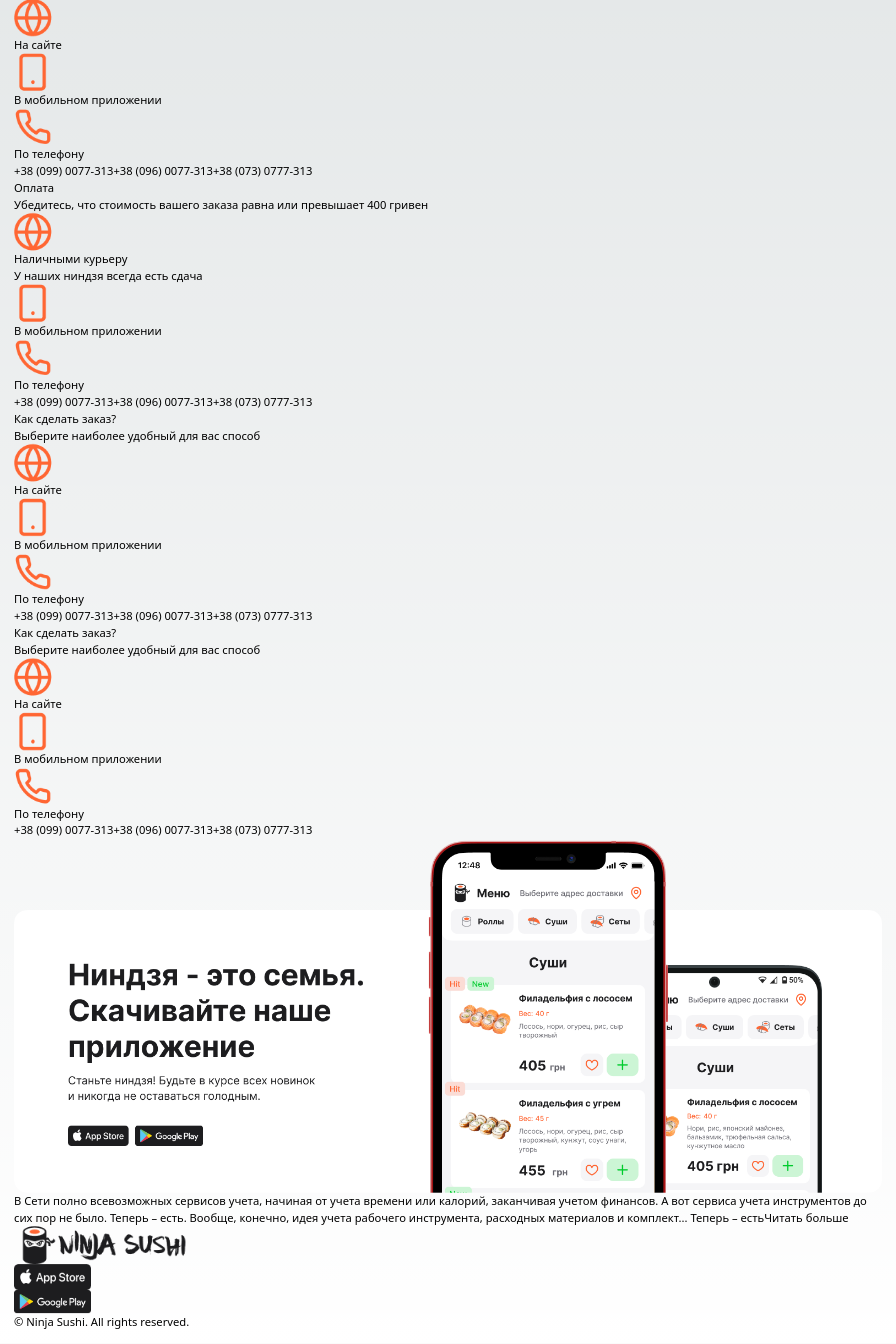
Repository: shokirovG/loyiha
Page: /Delivery
The author's editor kept a copy of each file at every save. The page is drawn from the files as they stood at one save, then again after the next save.
The browser window is 1280 px wide. The pictures show the part of the page from y = 1127 to 3047 px (the page is 3047 px tall), at 70% of full size.
The project was rebuilt for these pictures with package versions that can differ from the ones it lists, and the page was loaded fresh each time. The framework's server and built-in components were replaced by stand-ins that run in the browser. Also part of the build but not shown: next.config.js, Components/Categories.jsx, Components/Slider.jsx, Components/OpenNav.jsx.

Above is the page before, as saved 2023-07-01 08:07:01.

### pages/Delivery.jsx
import { Header } from "@/Components";
import DeliveryCards from "@/Components/DeliveryCards";
import Footer from "@/Components/Footer";
import Map from "@/Components/Map";
import React from "react";

const delivery = () => {
  return (
    <div className="container p-5">
      <Header />
      <Map />
      <DeliveryCards />
      <Footer />
    </div>
  );
};

export default delivery;

### Components/index.js
export { default as Header } from "./Header";
export { default as Burger } from "./Burger";
export { default as Categories } from "./Categories";
export { default as Slider } from "./Slider";
export { default as OpenNav } from "./OpenNav";

### Components/DeliveryCards.jsx
import Image from "next/image";
import React from "react";

const DeliveryCards = () => {
  return (
    <div className="w-[1044px] gap-[100px] flex flex-col justify-center items-center border-[5px] h-[2020px] mt-20 m-auto">
      <div className="card_items flex items-start flex-col w-[100%] h-[412px] border-[2px]">
        <h1 className="ml-10 text-[38px] text-[#1D1D1F] font-[700]">
          Как сделать заказ?
        </h1>
        <p className="ml-10 text-[#686870] text-[16px] font-[400]">
          Выберите наиболее удобный для вас способ
        </p>
        <div className="flex w-[100%] justify-center gap-[20px] items-center mt-5">
          <div className="w-[304px] h-[292px] bg-white rounded-[12px] flex flex-col items-center justify-center">
            <Image src={"/imgs/glob.png"} width={54} height={54} />
            <h2 className="text-[#1D1D1F] text-[20px] font-[500] mt-1">
              На сайте
            </h2>
          </div>
          <div className="w-[304px] h-[292px] bg-white rounded-[12px] flex flex-col items-center justify-center">
            <Image src={"/imgs/telNew.png"} width={54} height={54} />
            <h2 className="text-[#1D1D1F] text-[20px] font-[500] mt-1">
              В мобильном приложении
            </h2>
          </div>
          <div className="w-[304px] h-[292px] bg-white rounded-[12px] flex flex-col items-center justify-center">
            <Image src={"/imgs/telcha.png"} width={54} height={54} />
            <h2 className="text-[#1D1D1F] text-[20px] font-[500] mt-1">
              По телефону
            </h2>
            <span className="mt-1 flex items-center justify-center w-[175px] h-[34px] bg-[#F5F5F7] rounded-[24px]">
              +38 (099) 0077-313
            </span>
            <span className="mt-1 flex items-center justify-center w-[175px] h-[34px] bg-[#F5F5F7] rounded-[24px]">
              +38 (096) 0077-313
            </span>
            <span className="mt-1 flex items-center justify-center w-[175px] h-[34px] bg-[#F5F5F7] rounded-[24px]">
              +38 (073) 0777-313
            </span>
          </div>
        </div>
      </div>
      <div className="card_items flex items-start flex-col w-[100%] h-[412px] border-[2px]">
        <h1 className="ml-10 text-[38px] text-[#1D1D1F] font-[700]">Оплата</h1>
        <p className="ml-10 text-[#686870] text-[16px] font-[400]">
          Убедитесь, что стоимость вашего заказа равна или превышает 400 гривен
        </p>
        <div className="flex w-[100%] justify-center gap-[20px] items-center mt-5">
          <div className="w-[304px] h-[292px] bg-white rounded-[12px] flex flex-col items-center justify-center">
            <Image src={"/imgs/glob.png"} width={54} height={54} />
            <h2 className="text-center text-[#1D1D1F] text-[20px] font-[500] mt-1">
              Наличными курьеру
            </h2>
            <p className="ml-10 text-[#686870] text-[16px] font-[400]">
              У наших ниндзя всегда есть сдача
            </p>
          </div>
          <div className="w-[304px] h-[292px] bg-white rounded-[12px] flex flex-col items-center justify-center">
            <Image src={"/imgs/telNew.png"} width={54} height={54} />
            <h2 className="text-[#1D1D1F] text-[20px] font-[500] mt-1">
              В мобильном приложении
            </h2>
          </div>
          <div className="w-[304px] h-[292px] bg-white rounded-[12px] flex flex-col items-center justify-center">
            <Image src={"/imgs/telcha.png"} width={54} height={54} />
            <h2 className="text-[#1D1D1F] text-[20px] font-[500] mt-1">
              По телефону
            </h2>
            <span className="mt-1 flex items-center justify-center w-[175px] h-[34px] bg-[#F5F5F7] rounded-[24px]">
              +38 (099) 0077-313
            </span>
            <span className="mt-1 flex items-center justify-center w-[175px] h-[34px] bg-[#F5F5F7] rounded-[24px]">
              +38 (096) 0077-313
            </span>
            <span className="mt-1 flex items-center justify-center w-[175px] h-[34px] bg-[#F5F5F7] rounded-[24px]">
              +38 (073) 0777-313
            </span>
          </div>
        </div>
      </div>
      <div className="card_items flex items-start flex-col w-[100%] h-[412px] border-[2px]">
        <h1 className="ml-10 text-[38px] text-[#1D1D1F] font-[700]">
          Как сделать заказ?
        </h1>
        <p className="ml-10 text-[#686870] text-[16px] font-[400]">
          Выберите наиболее удобный для вас способ
        </p>
        <div className="flex w-[100%] justify-center gap-[20px] items-center mt-5">
          <div className="w-[304px] h-[292px] bg-white rounded-[12px] flex flex-col items-center justify-center">
            <Image src={"/imgs/glob.png"} width={54} height={54} />
            <h2 className="text-[#1D1D1F] text-[20px] font-[500] mt-1">
              На сайте
            </h2>
          </div>
          <div className="w-[304px] h-[292px] bg-white rounded-[12px] flex flex-col items-center justify-center">
            <Image src={"/imgs/telNew.png"} width={54} height={54} />
            <h2 className="text-[#1D1D1F] text-[20px] font-[500] mt-1">
              В мобильном приложении
            </h2>
          </div>
          <div className="w-[304px] h-[292px] bg-white rounded-[12px] flex flex-col items-center justify-center">
            <Image src={"/imgs/telcha.png"} width={54} height={54} />
            <h2 className="text-[#1D1D1F] text-[20px] font-[500] mt-1">
              По телефону
            </h2>
            <span className="mt-1 flex items-center justify-center w-[175px] h-[34px] bg-[#F5F5F7] rounded-[24px]">
              +38 (099) 0077-313
            </span>
            <span className="mt-1 flex items-center justify-center w-[175px] h-[34px] bg-[#F5F5F7] rounded-[24px]">
              +38 (096) 0077-313
            </span>
            <span className="mt-1 flex items-center justify-center w-[175px] h-[34px] bg-[#F5F5F7] rounded-[24px]">
              +38 (073) 0777-313
            </span>
          </div>
        </div>
      </div>
      <div className="card_items flex items-start flex-col w-[100%] h-[412px] border-[2px]">
        <h1 className="ml-10 text-[38px] text-[#1D1D1F] font-[700]">
          Как сделать заказ?
        </h1>
        <p className="ml-10 text-[#686870] text-[16px] font-[400]">
          Выберите наиболее удобный для вас способ
        </p>
        <div className="flex w-[100%] justify-center gap-[20px] items-center mt-5">
          <div className="w-[304px] h-[292px] bg-white rounded-[12px] flex flex-col items-center justify-center">
            <Image src={"/imgs/glob.png"} width={54} height={54} />
            <h2 className="text-[#1D1D1F] text-[20px] font-[500] mt-1">
              На сайте
            </h2>
          </div>
          <div className="w-[304px] h-[292px] bg-white rounded-[12px] flex flex-col items-center justify-center">
            <Image src={"/imgs/telNew.png"} width={54} height={54} />
            <h2 className="text-[#1D1D1F] text-[20px] font-[500] mt-1">
              В мобильном приложении
            </h2>
          </div>
          <div className="w-[304px] h-[292px] bg-white rounded-[12px] flex flex-col items-center justify-center">
            <Image src={"/imgs/telcha.png"} width={54} height={54} />
            <h2 className="text-[#1D1D1F] text-[20px] font-[500] mt-1">
              По телефону
            </h2>
            <span className="mt-1 flex items-center justify-center w-[175px] h-[34px] bg-[#F5F5F7] rounded-[24px]">
              +38 (099) 0077-313
            </span>
            <span className="mt-1 flex items-center justify-center w-[175px] h-[34px] bg-[#F5F5F7] rounded-[24px]">
              +38 (096) 0077-313
            </span>
            <span className="mt-1 flex items-center justify-center w-[175px] h-[34px] bg-[#F5F5F7] rounded-[24px]">
              +38 (073) 0777-313
            </span>
          </div>
        </div>
      </div>
    </div>
  );
};

export default DeliveryCards;

### Components/Footer.jsx
import Image from "next/image";
import React from "react";

const Footer = () => {
  return (
    <div className="w-[100%] border h-[140vh] text-[16px] text-[#9E9E9E] flex flex-col justify-between mt-10">
      <Image src={"/imgs/play.png"} width={1500} height={644} />
      <p className="w-[50%] text-justify m-auto">
        В Сети полно всевозможных сервисов учета, начиная от учета времени или
        калорий, заканчивая учетом финансов. А вот сервиса учета инструментов до
        сих пор не было. Теперь – есть. Вообще, конечно, идея учета рабочего
        инструмента, расходных материалов и комплект... Теперь – есть
        <span className="float-right text-[#00CC2D] mt-2">Читать больше</span>
      </p>
      <div className="footer w-[100%] bg-white h-[248px] rounded-lg">
        <div>
          <div>
            <Image src={"/imgs/logo.png"} width={246} height={59} />
            <div className="flex">
              <Image src={"/imgs/appstore.png"} width={110} height={37} />
              <Image src={"/imgs/google.png"} width={110} height={37} />
            </div>
            <span>© Ninja Sushi. All rights reserved.</span>
          </div>
        </div>
        <div></div>
        <div></div>
        <div></div>
        <div></div>
        <div></div>
      </div>
    </div>
  );
};

export default Footer;

### Components/Map.jsx
import React from "react";

const Map = () => {
  return (
    <div className="mt-10">
      <p className="text-[#1D1D1F] text-[38px] font-mono font-[700] text-center w-[75%] m-auto mb-10">
        Каждая кухня работает со своей зоной доставки, чтобы привезти еду
        максимально быстро
      </p>
      <iframe
        src="https://www.google.com/maps/embed?pb=!1m14!1m12!1m3!1d6208606.72630882!2d63.60678502500006!3d40.55161279105365!2m3!1f0!2f0!3f0!3m2!1i1024!2i768!4f13.1!5e0!3m2!1sen!2s!4v1688101336875!5m2!1sen!2s"
        width="100%"
        height="600"
        className="rounded-2xl"
        allowfullscreen=""
        loading="lazy"
        referrerpolicy="no-referrer-when-downgrade"
      ></iframe>
    </div>
  );
};

export default Map;

### Components/Header.jsx
"use client";

import React from "react";
import Image from "next/image";
import { Burger } from ".";
import Link from "next/link";

const Header = () => {
  return (
    <header className="sm:w-auto p-5 md:flex lg:flex xl:flex items-center w-screen justify-around h-24 bg-white mb-[16px]">
      <div className="w-52 h-12">
        <Link href="/" className="">
          <Image src="/imgs/logo.PNG" alt="logo" width={214} height={48} />
        </Link>
      </div>
      <div className="w-3/4 sm:flex md:flex md:items-center md:justify-between lg:flex lg:items-center lg:justify-between">
        <ul className="lg:flex xl:flex md:flex 2xl:flex items-center w-3/6 justify-between gap-12 md:gap-2 lg:gap-12">
          <li className="flex w-20 justify-between items-center g-4 h-3">
            <Image src="/imgs/flag.PNG" alt="logo" width={20} height={2} />
            <a href="#" className="ml-2">
              Киев
            </a>
          </li>
          <li className="">
            <a href="#" className="">
              Главная
            </a>
          </li>
          <li className="">
            <a href="#" className="">
              Доставка
            </a>
          </li>
          <li className="w-12 flex">
            <a href="#" className="w-12">
              О нас
            </a>
          </li>
          <li className="">
            <a href="#" className="">
              Новости
            </a>
          </li>
          <li className="flex items-center">
            <a href="#" className="w-48 justify-around flex items-center">
              <Image src="/imgs/tel.PNG" alt="logo" width={24} height={24} />
              <span>+38 097 699 34 38</span>
            </a>
          </li>
        </ul>
        <div className="flex items-center w-80 h-14">
          <div className="flex w-12 border items-center justify-center h-12 rounded-lg">
            <Image src="/imgs/bell.PNG" alt="logo" width={24} height={24} />
          </div>
          <div className="flex w-12 border items-center ml-2 justify-center h-12 rounded-lg">
            <Image src="/imgs/like.PNG" alt="logo" width={24} height={24} />
          </div>
          <div className="flex w-12 border items-center ml-2 justify-center h-12 rounded-lg">
            <Image src="/imgs/person.PNG" alt="logo" width={24} height={24} />
          </div>
          <div className="flex w-32 justify-around ml-2 border items-center h-12 rounded-lg">
            <span>Корзина</span>
            <Image src="/imgs/cart.PNG" alt="logo" width={24} height={24} />
          </div>
        </div>
      </div>

      <Burger />
    </header>
  );
};
export default Header;

### Components/Burger.jsx
"use client";

import Hamburger from "hamburger-react";
import React, { useState } from "react";
import { OpenNav } from ".";

const Burger = () => {
  const [isOpen, settOpen] = useState(false);
  return (
    <div className="burger">
      <Hamburger toggled={isOpen} toggle={settOpen} />
      {isOpen ? <OpenNav /> : null}
    </div>
  );
};

export default Burger;

Loaded but not shown: pages/_app.js (common file); pages/_document.js (common file); styles/globals.css (common file); tailwind.config.js (common file)

After the next save:
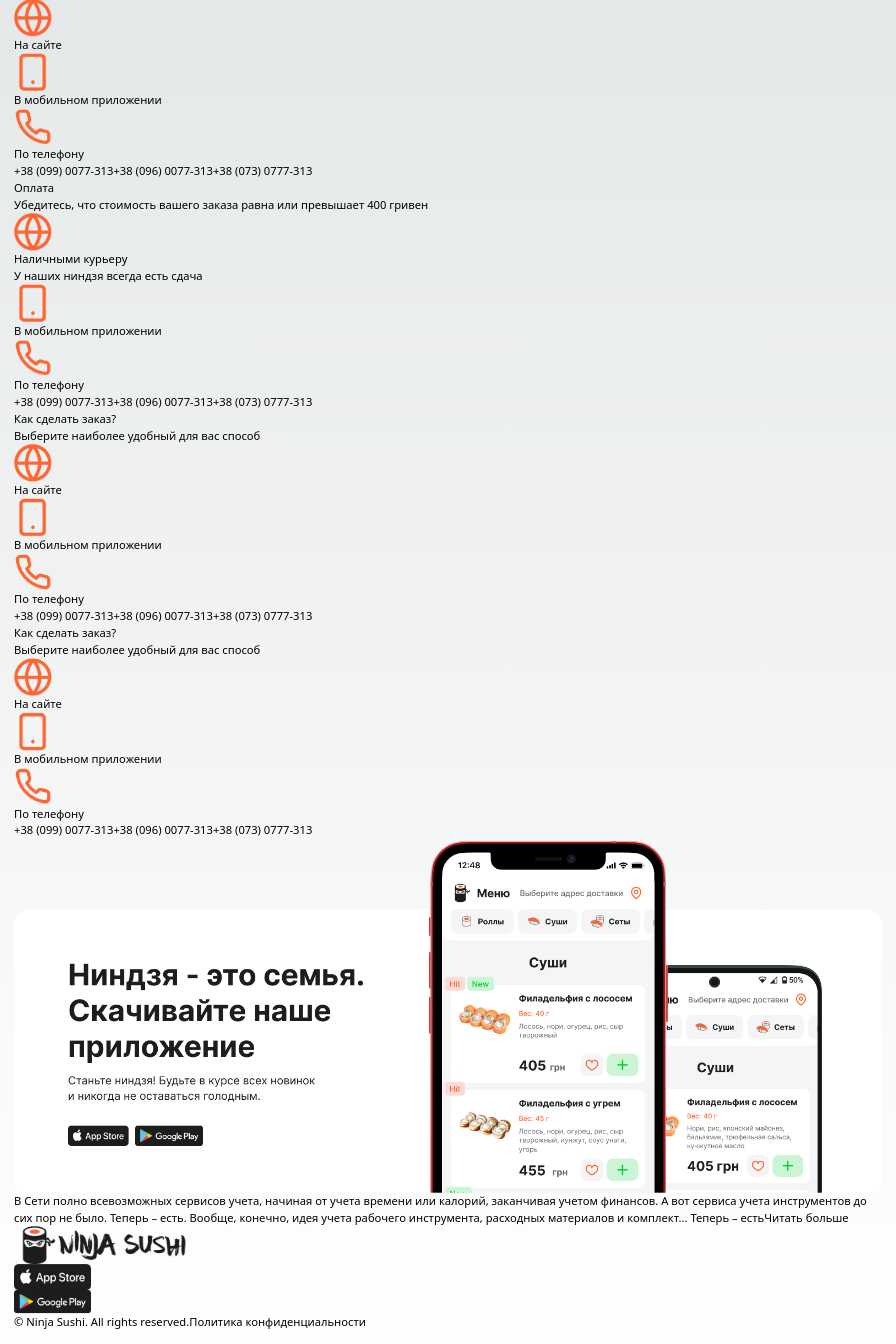
Saved 72 s later.
--- a/Components/Footer.jsx
+++ b/Components/Footer.jsx
@@ -21,6 +21,7 @@
               <Image src={"/imgs/google.png"} width={110} height={37} />
             </div>
             <span>© Ninja Sushi. All rights reserved.</span>
+            <span>Политика конфиденциальности</span>
           </div>
         </div>
         <div></div>
